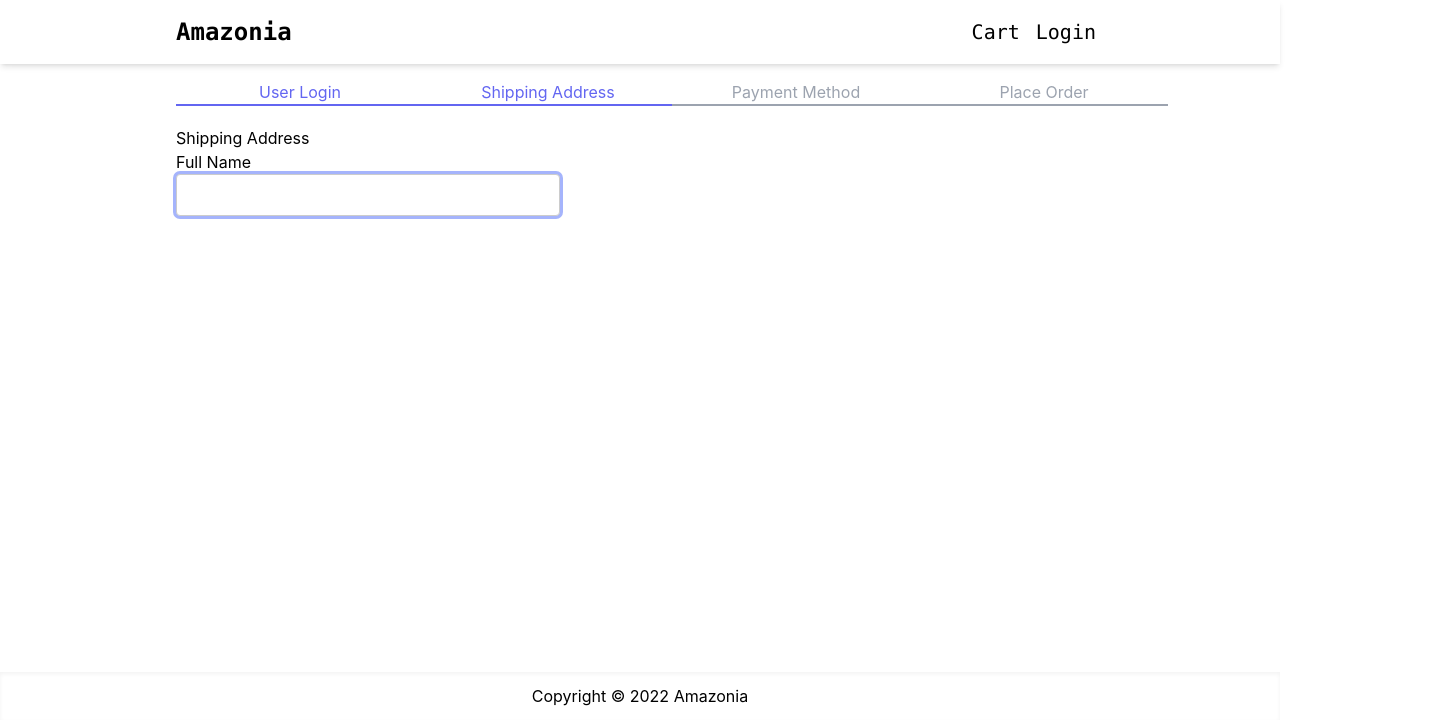
Repository: chidieb11/shop
Page: /shipping
The author's editor kept a copy of each file at every save. The page is drawn from the files as they stood at one save, then again after the next save.
The browser window is 1280 px wide. The page is 1440 px wide, so the pictures cover 1440 px, including what lies to the right of the window. The pictures show the whole page.
The page's requests for data from a server got no answer. The project was rebuilt for these pictures with package versions that can differ from the ones it lists, and the page was loaded fresh each time. The framework's server and built-in components were replaced by stand-ins that run in the browser. No one was signed in, and anything a server would have sent is missing. Also part of the build but not shown: next.config.js, components/DropdownLink.js.

Above is the page before, as saved 2022-06-28 22:07:11.

### pages/_app.js
import "../styles/globals.css";
import { StoreProvider } from "../utils/Store";
import { SessionProvider } from "next-auth/react";

function MyApp({ Component, pageProps:{session, ...pageProps }}) {
  return (
    <SessionProvider session={session}>
      <StoreProvider>
        <Component {...pageProps} />
      </StoreProvider>
    </SessionProvider>
  );
}

export default MyApp;

### pages/shipping.js
import React from "react";
import { useForm } from "react-hook-form";
import CheckoutWizard from "../components/CheckoutWizard";
import Layout from "../components/Layout";

const ShippingScreen = () => {
  const {
    handleSubmit,
    register,
    formState: { errors },
    setValue,
  } = useForm();

  return (
    <Layout title="Shipping Address">
      <CheckoutWizard activeStep={1} />

      <form className="mx-auto">
        <h1 className="capitalize">shipping address</h1>
        <div className="mb-4 flex flex-col">
          <label htmlFor="fullName">Full Name</label>
          <input
            type="text"
            className="w-96"
            id="fullName"
            autoFocus
            {...register("fullName", {
              required: "Please Enter Your Full Name",
            })}
            style={{ border: "1px solid #ccc", outline: "none" }}
          />
          {errors.fullName && (
            <div className="text-red-500">{errors.fullName.message}</div>
          )}
        </div>
      </form>
    </Layout>
  );
};

export default ShippingScreen;

### styles/globals.css
@tailwind base;
@tailwind components;
@tailwind utilities;

html,
body {
  padding: 0;
  margin: 0;
  font-family: -apple-system, BlinkMacSystemFont, Segoe UI, Roboto, Oxygen,
    Ubuntu, Cantarell, Fira Sans, Droid Sans, Helvetica Neue, sans-serif;
}

a {
  color: inherit;
  text-decoration: none;
}

* {
  box-sizing: border-box;
}

.card {
  @apply mb-5 block rounded-lg border border-gray-200 shadow-md;
}

.primary-button {
  @apply rounded bg-amber-200 py-2 px-4 shadow outline-none hover:bg-amber-400 active:bg-amber-500;
}

input,
select,
textarea {
  @apply rounded border-none p-2 outline-none ring-indigo-300 focus:ring;
}

.dropdown-link {
  @apply flex p-2 hover:bg-gray-200;
}

### utils/Store.js
import Cookies from "js-cookie";
import { createContext, useReducer } from "react";

export const Store = createContext();

const initialState = {
  cart: Cookies.get("cart")
    ? JSON.parse(Cookies.get("cart"))
    : { cartItems: [] },
};

function reducer(state, action) {
  switch (action.type) {
    case "CART_ADD_ITEM": {
      const newItem = action.payload;
      const existingItem = state.cart.cartItems.find(
        (item) => item.slug === newItem.slug
      );
      const cartItems = existingItem
        ? state.cart.cartItems.map((item) =>
            item.name === existingItem.name ? newItem : item
          )
        : [...state.cart.cartItems, newItem];
      Cookies.set("cart", JSON.stringify({ ...state.cart, cartItems }));
      return { ...state, cart: { ...state.cart, cartItems } };
    }
    case "CART_REMOVE_ITEM": {
      const cartItems = state.cart.cartItems.filter(
        (item) => item.slug !== action.payload.slug
      );
      Cookies.set("cart", JSON.stringify({ ...state.cart, cartItems }));
      return { ...state, cart: { ...state.cart, cartItems } };
    }
    case "CLEAR_RESET":
      return {
        ...state,
        cart: {
          cartItems: [],
          shippingAddress: { location: [] },
          paymentMethod: "",
        },
      };
    default:
      return state;
  }
}

export function StoreProvider({ children }) {
  const [state, dispatch] = useReducer(reducer, initialState);
  const value = { state, dispatch };
  return <Store.Provider value={value}>{children}</Store.Provider>;
}

### components/CheckoutWizard.js
import React from "react";

const CheckoutWizard = ({ activeStep = 0 }) => {
  return (
    <div className="mb-5 flex flex-wrap md:mr-64">
      {["User Login", "Shipping Address", "Payment Method", "Place Order"].map(
        (step, index) => (
          <div
            key={step}
            className={`flex-1 border-b-2 text-center ${
              index <= activeStep
                ? "border-indigo-500 text-indigo-500"
                : "border-gray-400 text-gray-400"
            }`}
          >
            {step}
          </div>
        )
      )}
    </div>
  );
};

export default CheckoutWizard;

### components/Layout.js
import Head from "next/head";
import Link from "next/link";
import React, { useContext, useEffect, useState } from "react";
import { Store } from "../utils/Store";
import { signOut, useSession } from "next-auth/react";
import { ToastContainer } from "react-toastify";
import "react-toastify/dist/ReactToastify.css";
import { Menu } from "@headlessui/react";
import DropdownLink from "./DropdownLink";
import Cookies from "js-cookie";

const Layout = ({ title, children }) => {
  const { state, dispatch } = useContext(Store);
  const { cart } = state;
  const [cartItemCount, setCartItemCount] = useState(0);
  const { status, data: session } = useSession();

  useEffect(() => {
    setCartItemCount(
      cart.cartItems.reduce(
        (accumulator, currentQuantity) =>
          accumulator + currentQuantity.quantity,
        0
      )
    );
  }, [cart.cartItems]);

  const logoutClickHandler = () => {
    Cookies.remove("cart");
    dispatch({ type: "CLEAR_RESET" });
    signOut({ callbackUrl: "/login" });
  };

  return (
    <>
      <Head>
        <title>{title ? title + "-Amazonia" : "Amazonia"}</title>
        <meta name="description" content="Ecommerce Website" />
        <link rel="icon" href="/favicon.ico" />
      </Head>

      <ToastContainer position="bottom-center" limit={1} />

      <div className="flex min-h-screen flex-col justify-between">
        {/* Navbar */}
        <header className="top-0 sticky shadow-md">
          <nav className="flex justify-between items-center px-4 md:mx-40 h-16">
            <Link href="/">
              <a className="text-2xl font-bold font-mono capitalize">
                amazonia
              </a>
            </Link>
            <div>
              <Link href="cart">
                <a className="p-2 capitalize text-xl font-mono">
                  cart
                  {cartItemCount > 0 && (
                    <span className="ml-1 rounded-full bg-red-600 text-white px-2 pt-1 text-center font-bold text-xs">
                      {cartItemCount}
                    </span>
                  )}
                </a>
              </Link>

              {status === "loading" ? (
                "loading"
              ) : session?.user ? (
                <Menu as="div" className="relative inline-block">
                  <Menu.Button>{session.user.name}</Menu.Button>
                  <Menu.Items className="absolute right-0 w-56 origin-top-right bg-white shadow-lg rounded-md">
                    <Menu.Item>
                      <DropdownLink className="dropdown-link" href="/profile">
                        Profile
                      </DropdownLink>
                    </Menu.Item>
                    <Menu.Item>
                      <DropdownLink
                        className="dropdown-link"
                        href="/order-history"
                      >
                        Order History
                      </DropdownLink>
                    </Menu.Item>
                    <Menu.Item>
                      <a
                        className="dropdown-link"
                        href="#"
                        onClick={logoutClickHandler}
                      >
                        Logout
                      </a>
                    </Menu.Item>
                  </Menu.Items>
                </Menu>
              ) : (
                <Link href="/login">
                  <a className="text-xl font-mono p-2">Login</a>
                </Link>
              )}
            </div>
          </nav>
        </header>

        {/* Main */}
        <main className="container m-auto mx-40 mt-4 px-4">{children}</main>

        {/* Footer */}
        <footer className="flex justify-center items-center shadow-inner h-12">
          <p>Copyright &copy; 2022 Amazonia</p>
        </footer>
      </div>
    </>
  );
};

export default Layout;

Loaded but not shown: tailwind.config.js (common file)

After the next save:
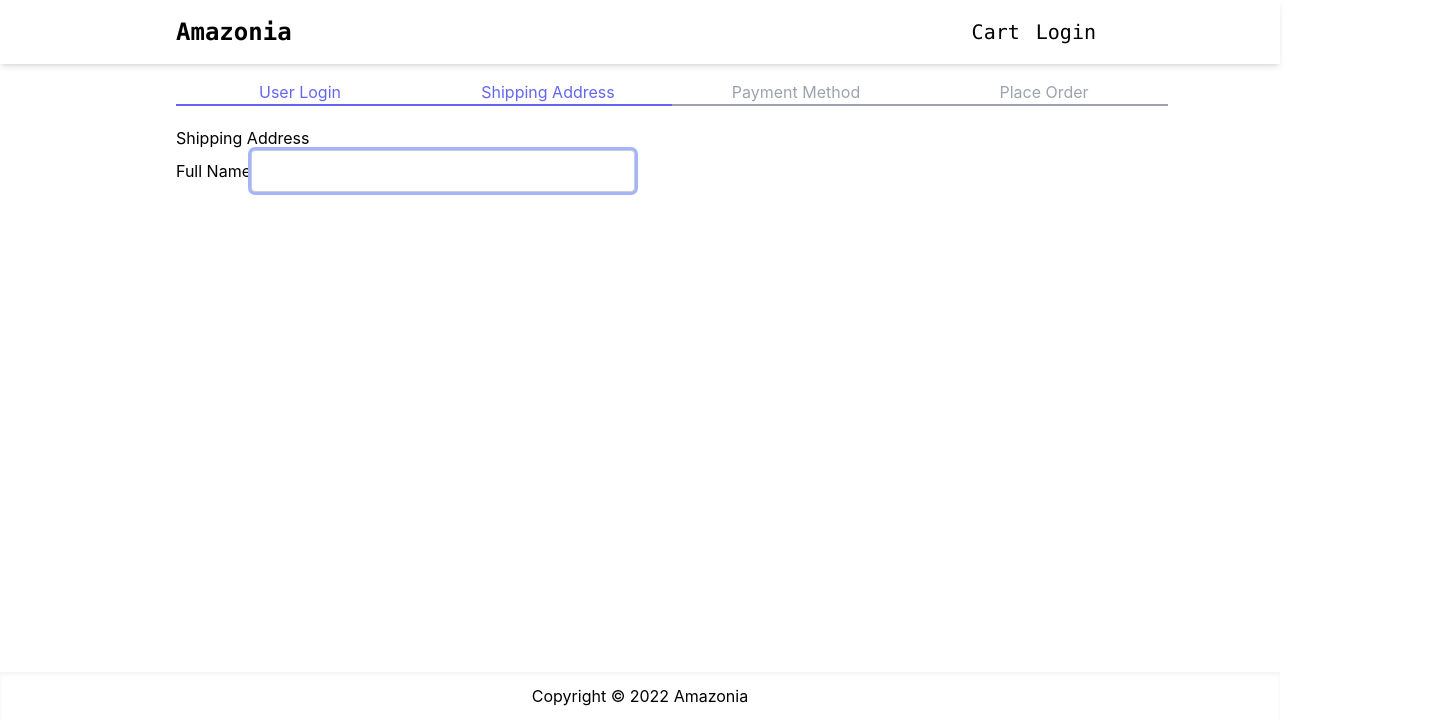
Saved 21 s later.
--- a/pages/shipping.js
+++ b/pages/shipping.js
@@ -17,7 +17,7 @@
 
       <form className="mx-auto">
         <h1 className="capitalize">shipping address</h1>
-        <div className="mb-4 flex flex-col">
+        <div className="mb-4 ">
           <label htmlFor="fullName">Full Name</label>
           <input
             type="text"

After the save that followed:
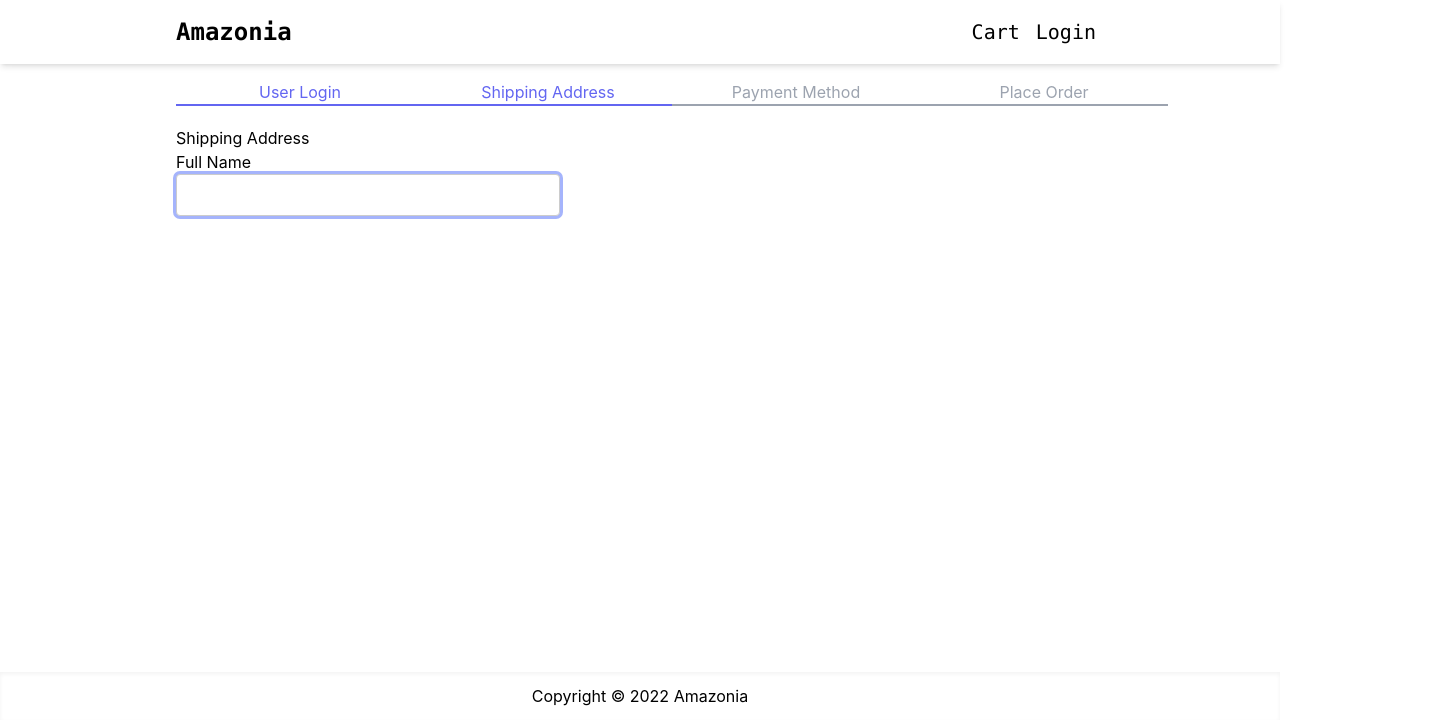
Saved 11 s later.
--- a/pages/shipping.js
+++ b/pages/shipping.js
@@ -17,7 +17,7 @@
 
       <form className="mx-auto">
         <h1 className="capitalize">shipping address</h1>
-        <div className="mb-4 ">
+        <div className="mb-4 flex flex-col">
           <label htmlFor="fullName">Full Name</label>
           <input
             type="text"
